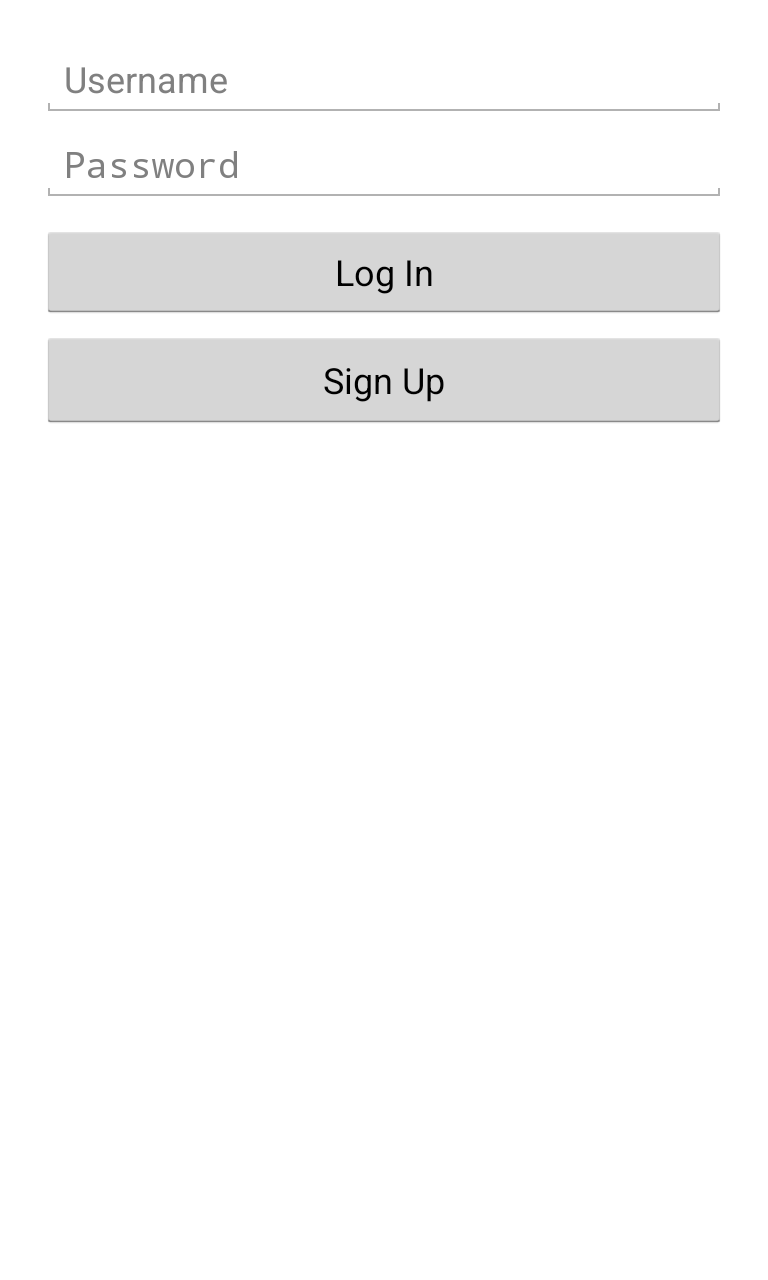
Repository: efreestone/CPM_Freestone
Layout: Project1Android/res/layout/activity_login.xml
These files come from the project's save history. The layout is drawn as it stood at one moment and after the next save; the edit follows.
It is drawn on a 768 x 1280 px phone screen (xhdpi) without system bars, with theme AppTheme; the app's code is not run.

Above is the layout before, as saved 2014-10-02 01:07:56.

### Project1Android/res/layout/activity_login.xml
<RelativeLayout xmlns:android="http://schemas.android.com/apk/res/android"
    android:layout_width="fill_parent"
    android:layout_height="fill_parent"
    android:orientation="vertical"
    android:padding="20dp" >

    <EditText
        android:id="@+id/usernameEditText"
        android:layout_width="fill_parent"
        android:layout_height="wrap_content"
        android:hint="@string/usernameTitleText"
        android:inputType="text" />

    <EditText
        android:id="@+id/passwordEditText"
        android:layout_width="fill_parent"
        android:layout_height="wrap_content"
        android:layout_below="@id/usernameEditText"
        android:paddingTop="10dp"
        android:hint="@string/passwordTitleText"
        android:inputType="textPassword" />

    <Button
        android:id="@+id/loginButton"
        android:layout_width="fill_parent"
        android:layout_height="wrap_content"
        android:layout_below="@id/passwordEditText"
        android:layout_marginTop="10dp"
        android:text="@string/loginButtonText" />

    <Button
        android:id="@+id/signupButton"
        android:layout_width="fill_parent"
        android:layout_height="50dp"
        android:layout_below="@id/loginButton"
        android:layout_marginTop="5dp"
        android:text="@string/signupButtonText" />

</RelativeLayout>

### Project1Android/res/values/strings.xml
<?xml version="1.0" encoding="utf-8"?>
<resources>

    <string name="app_name">Project1Android</string>
    <string name="hello_world">Hello world!</string>
    <string name="action_settings">Settings</string>
    <string name="newPlusButton">New Client</string>
    <string name="logoutButtonText">Log Out</string>

    <string name="loginButtonText">Log In</string>
    <string name="signupButtonText">Sign Up</string>

    <string name="usernameTitleText">Username</string>
    <string name="passwordTitleText">Password</string>
</resources>

Loaded but not shown: Project1Android/res/values/styles.xml (common file); Project1Android/res/values-v11/styles.xml (common file); Project1Android/res/values-v14/styles.xml (common file)

After the next save:
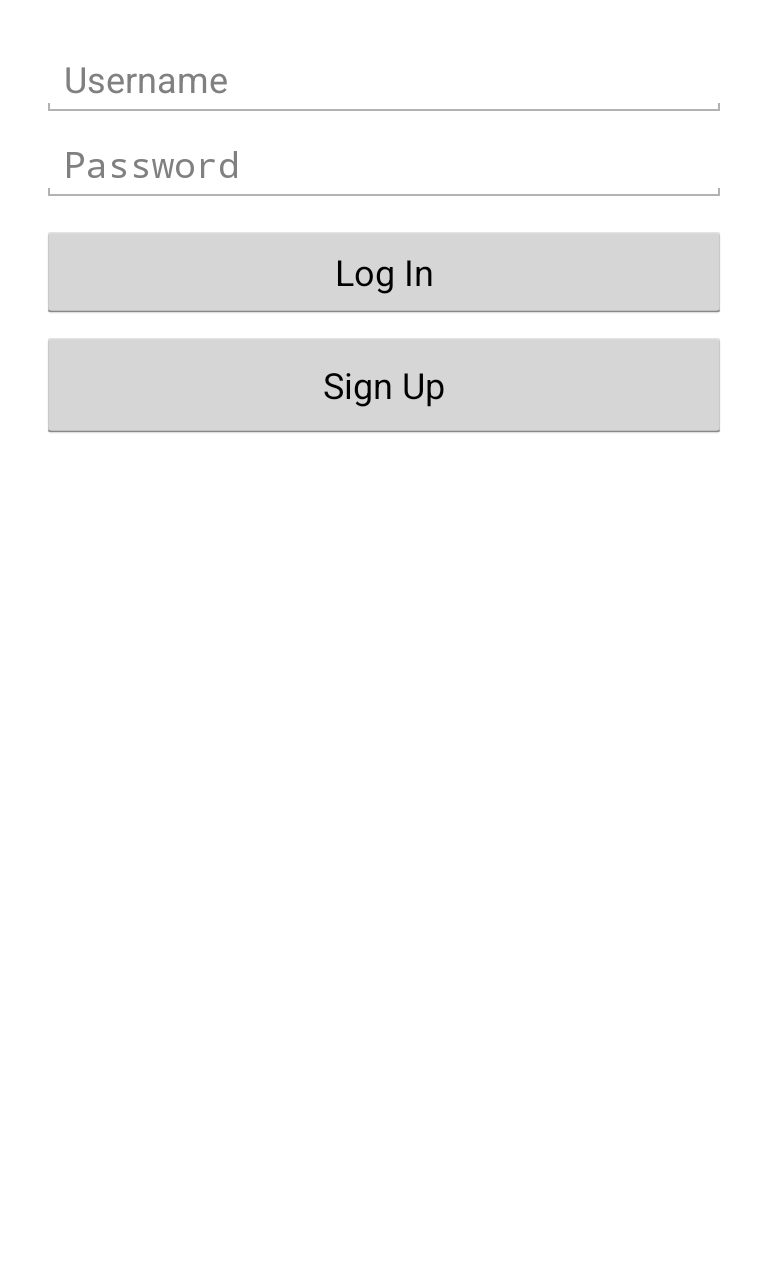
Saved 13 s later.
--- a/Project1Android/res/layout/activity_login.xml
+++ b/Project1Android/res/layout/activity_login.xml
@@ -31,7 +31,7 @@
     <Button
         android:id="@+id/signupButton"
         android:layout_width="fill_parent"
-        android:layout_height="50dp"
+        android:layout_height="55dp"
         android:layout_below="@id/loginButton"
         android:layout_marginTop="5dp"
         android:text="@string/signupButtonText" />
